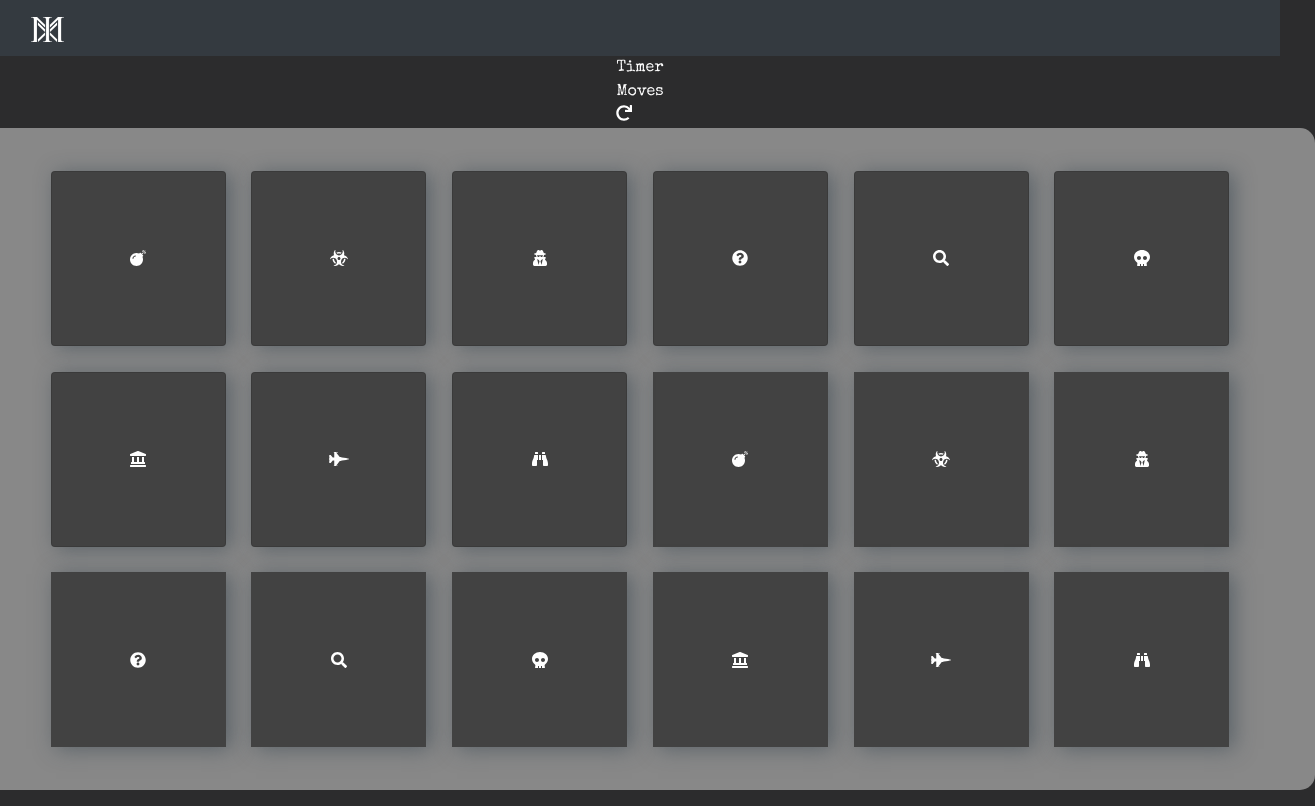
Repository: Code-Institute-Submissions/Milestone-25
Page: game.html
The author's editor kept a record of every edit. The page is drawn from the files as they stood at one moment, then again after the next edit.
The browser window is 1280 px wide. The page is 1315 px wide, so the pictures cover 1315 px, including what lies to the right of the window. The pictures show the whole page.
Some web libraries are served in a nearby version.

Above is the page before.

### game.html
<!DOCTYPE html>
<html lang="en">

<head>
  <meta charset="UTF-8">
  <meta name="viewport" content="width=device-width, initial-scale=1">
  <meta http-equiv="X-UA-Compatible" content="ie=edge">
  <link rel="stylesheet" href="https://stackpath.bootstrapcdn.com/bootstrap/4.4.1/css/bootstrap.min.css" integrity="sha384-Vkoo8x4CGsO3+Hhxv8T/Q5PaXtkKtu6ug5TOeNV6gBiFeWPGFN9MuhOf23Q9Ifjh" crossorigin="anonymous">
  <script src="https://ajax.googleapis.com/ajax/libs/jquery/3.4.1/jquery.min.js"></script>
  <script src="https://maxcdn.bootstrapcdn.com/bootstrap/4.4.1/js/bootstrap.min.js"></script>
  <script src="https://use.fontawesome.com/releases/v5.12.0/js/all.js"></script>
  <link rel="stylesheet" href="assets/css/style.css" media="screen">
  <title>Memoryphile Home</title>
</head>

<body>
  <!--Navbar with option to return to homescreen-->
  <nav class="navbar navbar-expand-md navbar-dark bg-dark sticky-top">
    <div class="container-fluid">
      <a class="navbar-brand"><img src="./assets/images/logo.png" height="25" alt="Memoryphile Logo"></a>
    </div>
  </nav>
</body>

<!--Unordered list to form the grid for matching deck-->
<div class="container padding game-container">
  <!-- section for timer and move counter and restart -->
  <section class="requirements">
    <div class="timer">Timer</div>
    <div class="moves">Moves</div>
    <div class="restart"><i class="fas fa-redo"></i></div>
  </section>

  <ul class="gamedeck">
    <!--Original Cards-->
    <li class="card" type="bomb">
      <i class="fas fa-bomb"></i>
    </li>
    <li class="card" type="biohazard">
      <i class="fas fa-biohazard"></i>
    </li>
    <li class="card" type="secret">
      <i class="fas fa-user-secret"></i>
    </li>
    <li class="card" type="question">
      <i class="fas fa-question-circle"></i>
    </li>
    <li class="card" type="search">
      <i class="fas fa-search"></i>
    </li>
    <li class="card" type="skull">
      <i class="fas fa-skull"></i>
    </li>
    <li class="card" type="building">
      <i class="fas fa-landmark"></i>
    </li>
    <li class="card" type="jet">
      <i class="fas fa-fighter-jet"></i>
    </li>
    <li class="card" type="binocular">
      <i class="fas fa-binoculars"></i>
    </li>

    <!--Matching Cards-->

    <li class="matchedcard" type="bomb">
      <i class="fas fa-bomb"></i>
    </li>
    <li class="matchedcard" type="biohazard">
      <i class="fas fa-biohazard"></i>
    </li>
    <li class="matchedcard" type="secret">
      <i class="fas fa-user-secret"></i>
    </li>
    <li class="matchedcard" type="question">
      <i class="fas fa-question-circle"></i>
    </li>
    <li class="matchedcard" type="search">
      <i class="fas fa-search"></i>
    </li>
    <li class="matchedcard" type="skull">
      <i class="fas fa-skull"></i>
    </li>
    <li class="matchedcard" type="building">
      <i class="fas fa-landmark"></i>
    </li>
    <li class="matchedcard" type="jet">
      <i class="fas fa-fighter-jet"></i>
    </li>
    <li class="matchedcard" type="binocular">
      <i class="fas fa-binoculars"></i>
    </li>
  </ul>


</div>



<script type="text/javascript" src="./assets/js/main.js"></script>
</body>

</html>

### assets/css/style.css
@import url('https://fonts.googleapis.com/css?family=Homemade+Apple|Special+Elite&display=swap');

/* ==============STYLING==============*/

/*--------HTML, BODY Styling-----*/

html,
body {
  height: 100%;
  width: 100%;
  font-family: 'Special Elite', sans-serif;
  color: #fff;
  background-color: #2c2c2d;
  box-sizing: border-box;
}

/*------------BUTTON STYLING--------*/

.btn-secondary {
    background-color: #c30e0e;
    border-color: #c30e0e;
    margin-top: 10%;
    margin-bottom: 10%;
    font-size: 350%;
    padding-top: 1.5%;

}


/*------------Instructions STYLING--------*/

.instructions {
  font-size: 150%;
  display: inline-block;
  margin-left: 6%;
  margin-right: 6%;
}


/*--------------GAME.html styling---------*/

.game-container {
/* Flexbox */
  flex-direction: column;
  display: flex;
  justify-content: center;
  align-items: center;
}


/*------------REQUIRMENTS Styling--------*/


/*------------GAMEDECK Styling ---------*/

.gamedeck {
  width: 1350px;
  min-height: 600px;
  background: #888888;
  border-radius: 15px;
  padding: 30px;
  display: flex;
  flex-wrap: wrap;
  justify-content: center;
  align-items: center;
}

.card,
.matchedcard {
  height: 175px;
  width: 175px;
  background: #424242;
  display: flex;
  justify-content: center;
  align-items: center;
  box-shadow: 5px 2px 20px 0 rgba(46, 61, 73, 0.5);
  margin: 1%;
}

### assets/js/main.js
//on page open, timer counts from 90 secs down

//on page open, or on restart, cards are reshuffled

//on reset, cards shuffled, reset game board, reset timer

//if timer = 0, game over

// on click, moves increases by 1

// if moves > 40, game over

//on restart, pasue game and timer and ask for confirmation
    //if confirmation = true page refreshes and timer + cards all reset
    //if confirmation = false, game and timer resumes


// on click:
    //if no other card active, flip card and set to active
    //if other card active, compare img of both active cards
        //if img match, match counter increase by one
        //on no match, both cards return to rest state

//(no. of cards = 18)

//if match counter = 9, player wins.

//if match counter = 9, timer stops

//score? = at win, total moves and total time remaining

//set keyboard (p)ause and (esc)ape actions

//if player wins, produce success message (and rating out of three?)

//if player loses (out of time, or exceeds moves), produce loss message

After the next edit:
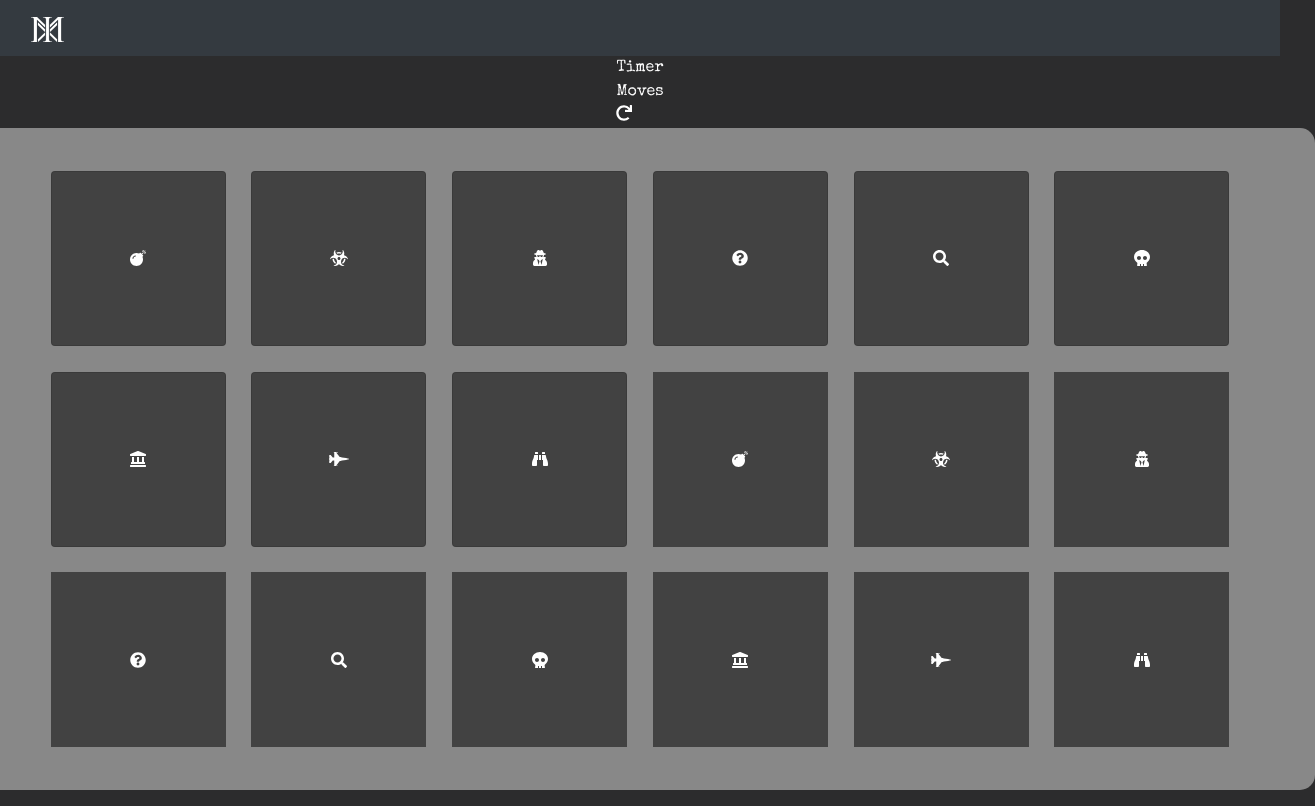
The edit:
--- a/assets/css/style.css
+++ b/assets/css/style.css
@@ -73,6 +73,5 @@
   display: flex;
   justify-content: center;
   align-items: center;
-  box-shadow: 5px 2px 20px 0 rgba(46, 61, 73, 0.5);
   margin: 1%;
 }
